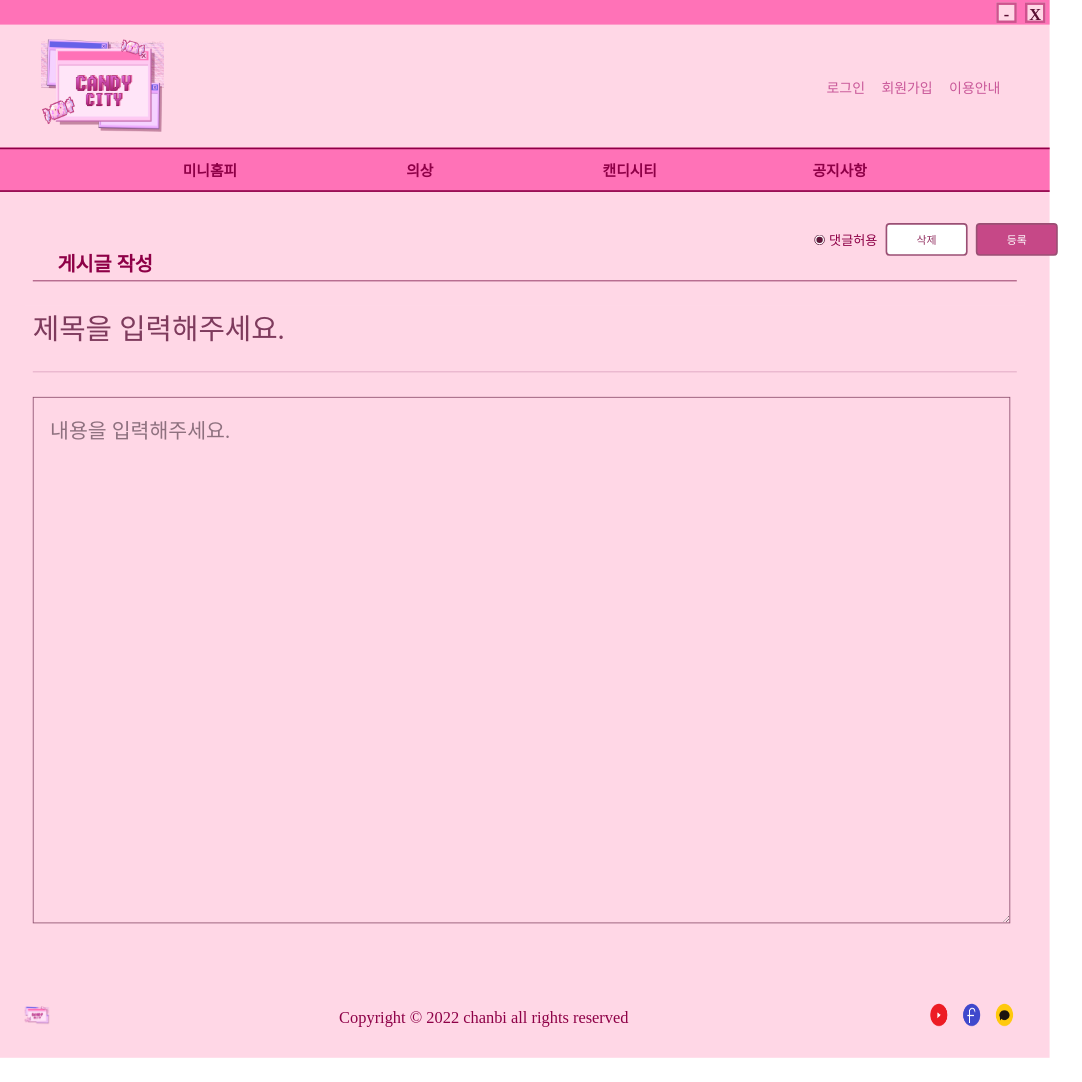
Repository: chanbiM/candyCityProject
Page: http://localhost/CandyCityProj/admin/noticeInsert.jsp
These files come from the project's save history. The page is drawn as it stood at one moment and after the next save; the edit follows.
The browser window is 1280 px wide. The page is 1320 px wide, so the pictures cover 1320 px, including what lies to the right of the window. The pictures show the whole page, at 82% of full size.
Some web fonts or font styles are not loaded; a fallback is used. The page is served by Tomcat 9.

Above is the page before, as saved 2022-11-18 13:08:51.

After the next save:
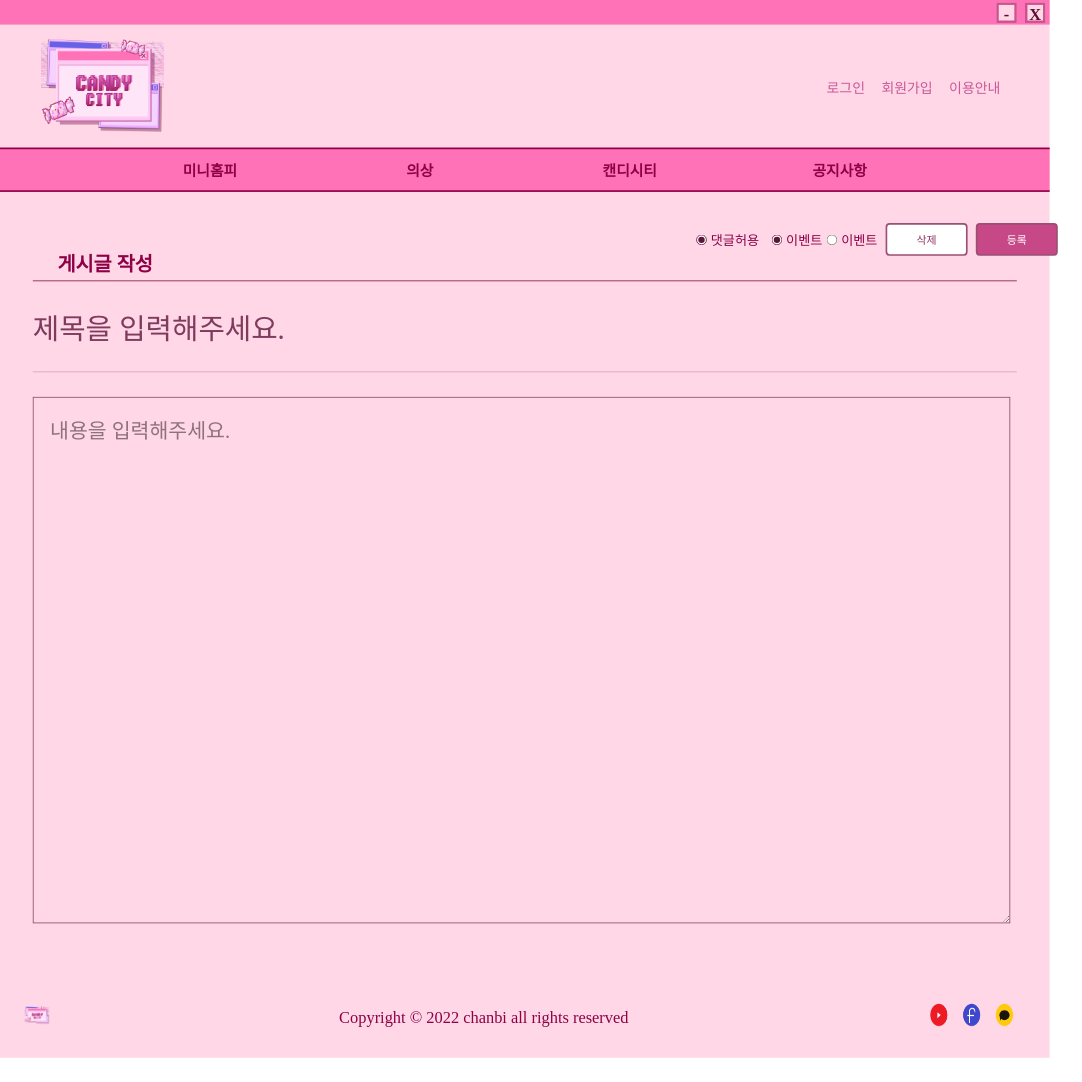
Saved 2 min 20 s later.
--- a/CandyCityProj/WebContent/admin/noticeInsert.jsp
+++ b/CandyCityProj/WebContent/admin/noticeInsert.jsp
@@ -12,6 +12,11 @@
                     <ul>
                         <li>
                             <input type="radio" value="O" name="comment" checked>댓글허용
+                        </li>
+
+                        <li>
+                            <input type="radio" value="E" name="type" checked> 이벤트
+                            <input type="radio" value="E" name="type" > 이벤트
                         </li>
                         <li>
                             <input type="reset" value="삭제">
